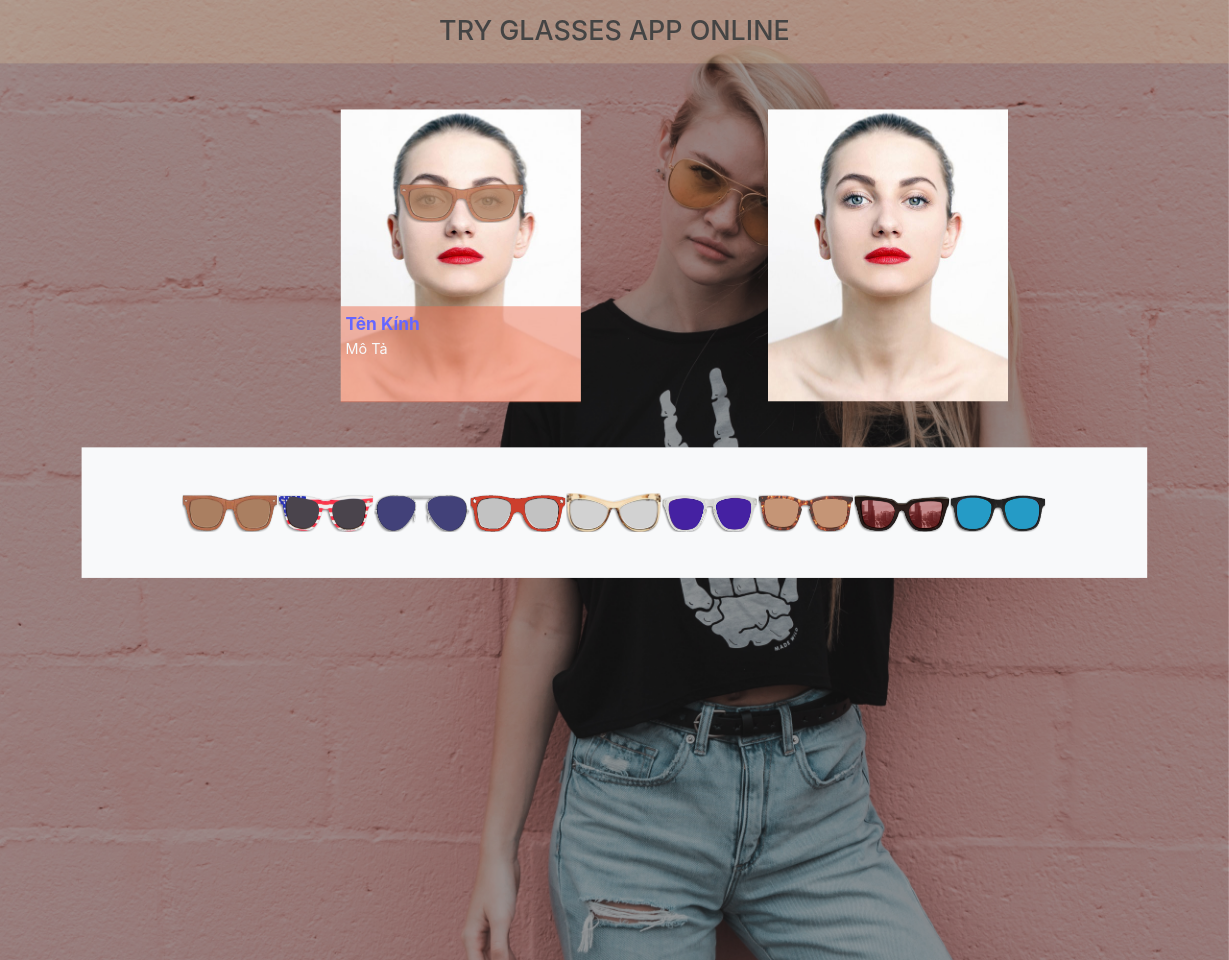
Repository: LeHieuSP/Baitapthukinh_LTH_FE70
Page: /
An editor plug-in stored every save of this project. The page is shown before and after the next save, followed by the edit.
The browser window is 1280 px wide. The pictures show the whole page, at 96% of full size.
The project was rebuilt for these pictures with package versions that can differ from the ones it lists, and the page was loaded fresh each time. Also part of the build but not shown: src/index.css, src/App.css, src/redux/actions/BaiTapDatVeAction.js, src/BaiTapRedux/BaiTapBookingTicket/ThongTinDatGhe.js, src/BaiTapRedux/BaiTapBookingTicket/HangGhe.js, src/BaiTapRedux/BaiTapBookingTicket/BaiTapBookingTicket.js.

Above is the page before, as saved 2022-03-10 01:03:05.

After the next save:
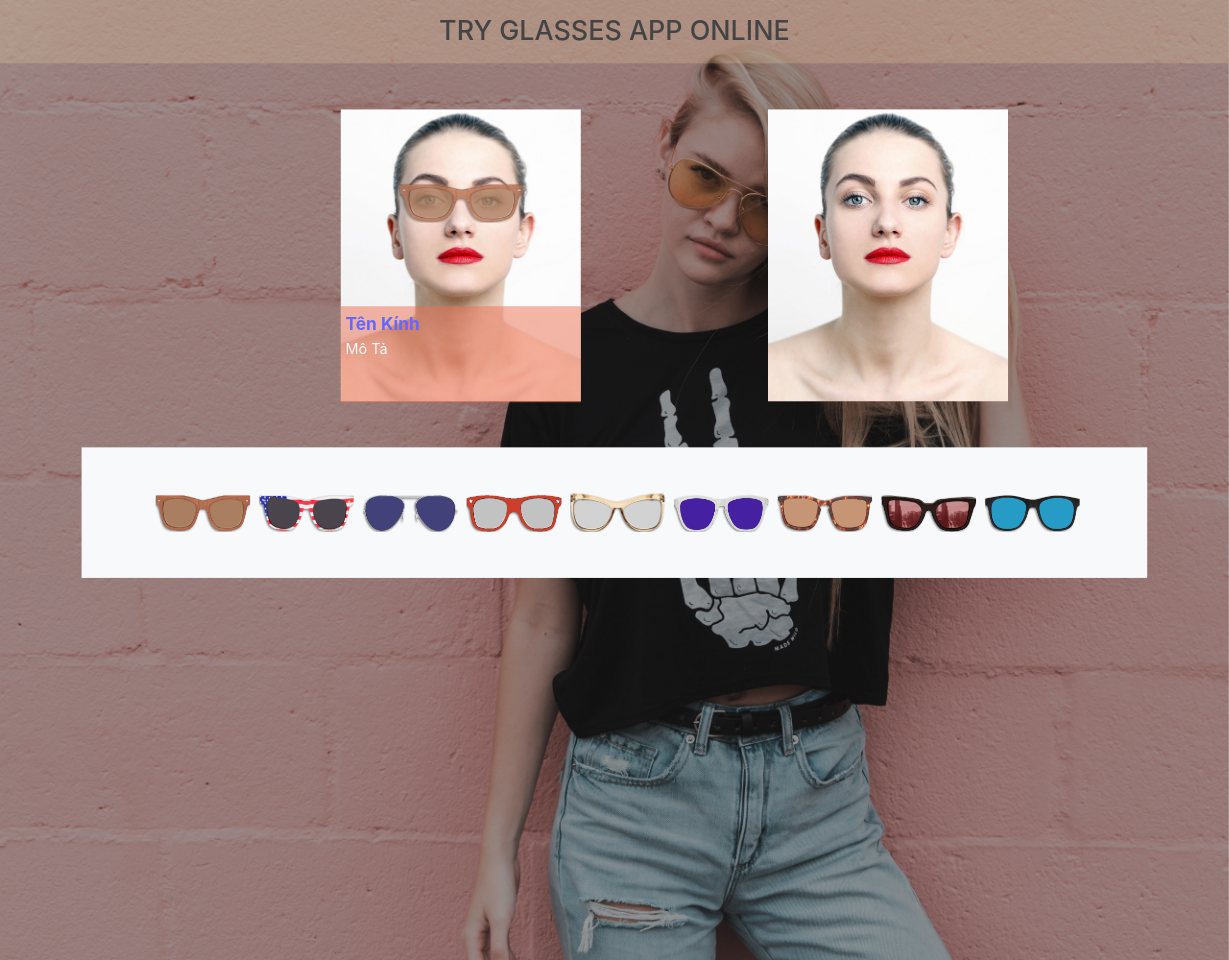
Saved 95 s later.
--- a/src/BaiTapThuKinh/BaiTapThuKinh.js
+++ b/src/BaiTapThuKinh/BaiTapThuKinh.js
@@ -7,7 +7,7 @@
 
   renderGlassesList = () => {
     return dataGlasses.map((glassesItem,index)=>{
-      return <img style={{width:'100px'}} key={index} src={glassesItem.url} />
+      return <img className="ml-2" style={{width:'100px'}} key={index} src={glassesItem.url} />
     })
   }
 
